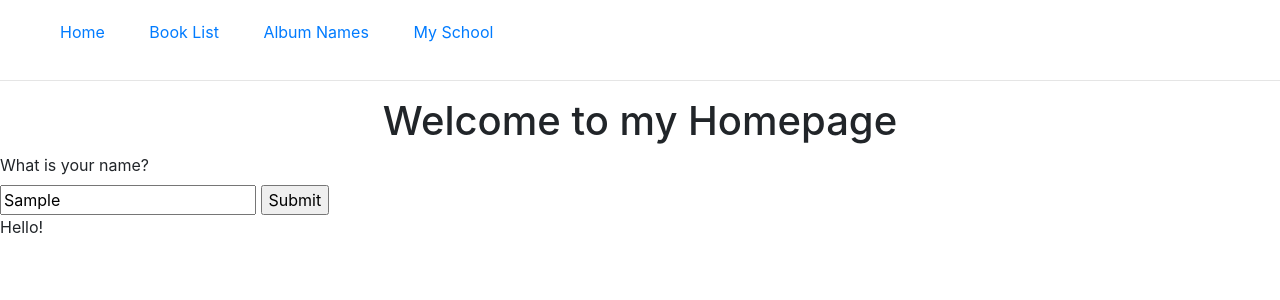
Repository: KodakBrax/CS50
Page: pset8/homepage/index.html
The author's editor kept a record of every edit. The page is drawn from the files as they stood at one moment, then again after the next edit.
The browser window is 1280 px wide. The pictures show the whole page.
Empty fields were first filled with sample values (such as "Sample", 5 or name@example.com).
After loading, the first visible `form` was submitted once.

Above is the page before.

### pset8/homepage/index.html
<!DOCTYPE html>

<html lang="en">
    <head>
        <link href="https://stackpath.bootstrapcdn.com/bootstrap/4.1.3/css/bootstrap.min.css" rel="stylesheet">
        <link href="styles.css" rel="stylesheet">
        <title>My Webpage</title>
        <script>
            function greet() {
                let name = document.querySelector('#name').value;
            }
        </script>
    </head>
    <body>
        <ul>
            <li><a href="index.html">Home</a></li>
            <li><a href="book.html">Book List</a></li>
            <li><a href="album.html">Album Names</a></li>
            <li><a href="school.html">My School</a></li>
        </ul>
        <hr>
        <h1>Welcome to my Homepage</h1>
        <form onsubmit="greet(); return false">
            <label for="name">What is your name?</label><br>
            <input type="text" id="name" name="name">
            <input type="submit">
        </form>
        <div id="fin">
            Hello!
        </div>
    </body>
</html>

### pset8/homepage/styles.css
li {
    display: inline-block;
    padding: 20px;
}

h1 {
    text-align: center;
}

#list li {
    display: block;
    text-align: center;
    padding: 0;
}

After the next edit:
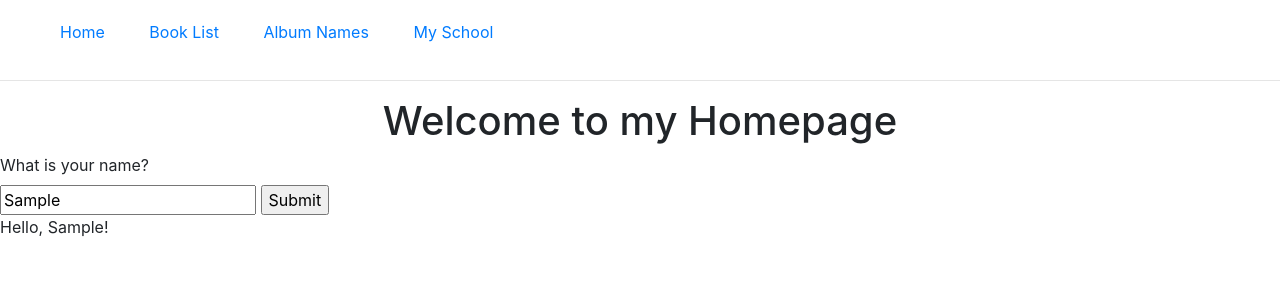
The edit:
--- a/pset8/homepage/index.html
+++ b/pset8/homepage/index.html
@@ -8,6 +8,10 @@
         <script>
             function greet() {
                 let name = document.querySelector('#name').value;
+                if (name === '') {
+                    name = 'World';
+                }
+                document.querySelector('#fin').innerHTML = 'Hello, ' + name + '!';
             }
         </script>
     </head>
